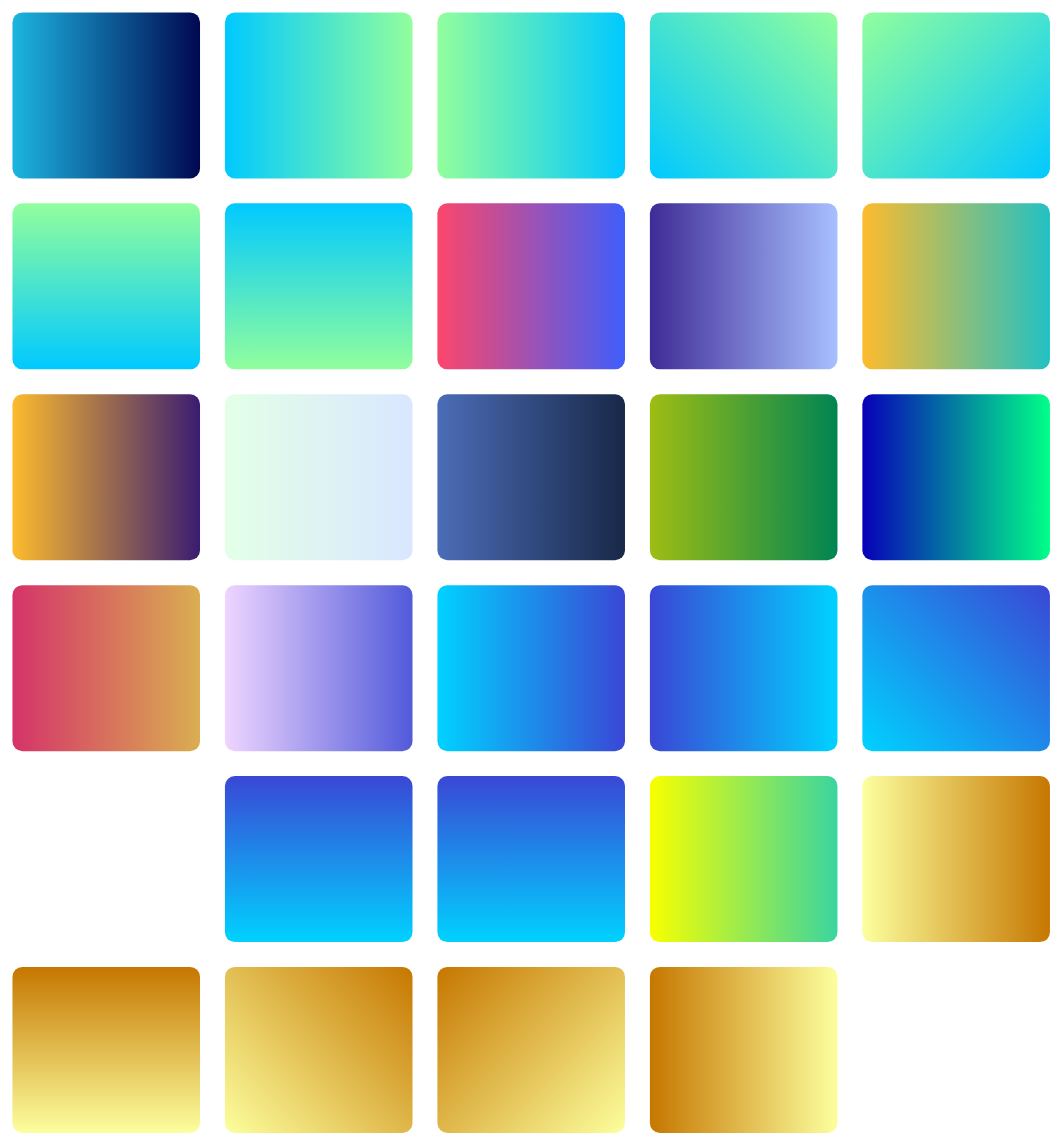
Repository: LBprox3010/gradient
Page: index.html
The author's editor kept a copy of each file at every save. The page is drawn from the files as they stood at one save, then again after the next save.
The browser window is 1280 px wide. The pictures show the whole page, at 83% of full size.

Above is the page before, as saved 2022-02-24 08:47:42.

### index.html
<!DOCTYPE html>
<html lang="en">
  <head>
    <meta charset="UTF-8" />
    <meta http-equiv="X-UA-Compatible" content="IE=edge" />
    <meta name="viewport" content="width=device-width, initial-scale=1.0" />
    <title>Get gradient by LB/ Charles</title>
    <link rel="stylesheet" href="style.css" />
  </head>
  <body>
    <div class="root getGradient"></div>

    <script src="./app.js"></script>
  </body>
</html>

### style.css
@import url("https://fonts.googleapis.com/css2?family=Poppins:wght@100;200;300;400;500;600;700;800;900&display=swap");
*,
*::before,
*::after {
  box-sizing: border-box;
}
* {
  margin: 0;
}

html,
body {
  height: 100%;
  font-family: "Poppins", sans-serif;
}
body {
  line-height: 1.5;
  -webkit-font-smoothing: antialiased;
  -webkit-tap-highlight-color: rgba(0, 0, 0, 0);
}

img,
picture,
video,
canvas,
svg {
  display: block;
  max-width: 100%;
}
input,
button,
textarea,
select {
  font: inherit;
  outline: none;
  border: none;
}
p,
h1,
h2,
h3,
h4,
h5,
h6 {
  overflow-wrap: break-word;
}

body {
  position: relative;
}

.getGradient {
  padding: 15px;
  display: grid;
  grid-template-columns: repeat(auto-fit, minmax(200px, 1fr));
  gap: 30px;
}

span {
  display: block;
  height: 200px;
  border-radius: 12px;
  overflow: hidden;
  cursor: pointer;
  font-size: 18px;
  font-weight: 600;
}

@keyframes onClick {
  0% {
    opacity: 0;
    visibility: hidden;
  }
  50% {
    opacity: 1;
    visibility: visible;
  }
  100% {
    opacity: 0;
    visibility: hidden;
  }
}

.overlay {
  position: fixed;
  inset: 0;
  animation-name: onClick;
  animation-duration: 1.25s;
  display: flex;
  align-items: center;
  z-index: 100;
}

.overlay span {
  background: white;
  padding: 86px 0;
  width: 100%;
  border-radius: 0;
  font-size: 48px;
  font-weight: 700;
  display: flex;
  justify-content: center;
  align-items: center;
}

body {
  position: relative;
}

### app.js
const $ = document.querySelector.bind(document);
const $$ = document.querySelectorAll.bind(document);
const root = $(".root");

const list = [
  "linear-gradient(90deg, #1CB5E0 0%, #000851 100%)",
  "linear-gradient(90deg, #00C9FF 0%, #92FE9D 100%)",
  "linear-gradient(-90deg, #00C9FF 0%, #92FE9D 100%)",
  "linear-gradient(45deg, #00C9FF 0%, #92FE9D 100%)",
  "linear-gradient(-45deg, #00C9FF 0%, #92FE9D 100%)",
  "linear-gradient(0deg, #00C9FF 0%, #92FE9D 100%)",
  "linear-gradient(180deg, #00C9FF 0%, #92FE9D 100%)",
  "linear-gradient(90deg, #FC466B 0%, #3F5EFB 100%)",
  "linear-gradient(90deg, #3F2B96 0%, #A8C0FF 100%)",
  "linear-gradient(90deg, #FDBB2D 0%, #22C1C3 100%)",
  "linear-gradient(90deg, #FDBB2D 0%, #3A1C71 100%)",
  "linear-gradient(90deg, #e3ffe7 0%, #d9e7ff 100%)",
  "linear-gradient(90deg, #4b6cb7 0%, #182848 100%)",
  "linear-gradient(90deg, #9ebd13 0%, #008552 100%)",
  "linear-gradient(90deg, #0700b8 0%, #00ff88 100%)",
  "linear-gradient(90deg, #d53369 0%, #daae51 100%)",
  "linear-gradient(90deg, #efd5ff 0%, #515ada 100%)",
  "linear-gradient(90deg, #00d2ff 0%, #3a47d5 100%)",
  "linear-gradient(-90deg, #00d2ff 0%, #3a47d5 100%)",
  "linear-gradient(45deg, #00d2ff 0%, #3a47d5 100%)",
  "linear-gradient-450deg, #00d2ff 0%, #3a47d5 100%)",
  "linear-gradient(0deg, #00d2ff 0%, #3a47d5 100%)",
  "linear-gradient(1800deg, #00d2ff 0%, #3a47d5 100%)",
  "linear-gradient(90deg, #f8ff00 0%, #3ad59f 100%)",
  "linear-gradient(90deg, #fcff9e 0%, #c67700 100%)",
  "linear-gradient(0, #fcff9e 0%, #c67700 100%)",
  "linear-gradient(45deg, #fcff9e 0%, #c67700 100%)",
  "linear-gradient(-45deg, #fcff9e 0%, #c67700 100%)",
  "linear-gradient(-90deg, #fcff9e 0%, #c67700 100%)",
];

list.forEach((i) => {
  const span = document.createElement("span");
  span.style.background = i;
  span.className = "itemColor";
  span.setAttribute("data-color", i);
  root.appendChild(span);
});

if ($$(".itemColor")) {
  $$(".itemColor").forEach((item) => {
    item.addEventListener("click", function (e) {
      const over = document.createElement("div");
      const bkg = e.target.dataset.color;
      const textCopy = `background-color: ${bkg};`;
      const span = document.createElement("span");
      span.textContent = "Copied";
      over.appendChild(span);
      over.className = "overlay";
      over.style.background = bkg;
      document.body.appendChild(over);
      setTimeout(() => {
        over.parentNode.removeChild(over);
      }, 1200);
      //copy to clipboard
      const input = document.createElement("input");
      input.value = textCopy;
      input.select();
      navigator.clipboard.writeText(input.value);
    });
  });
}

After the next save:
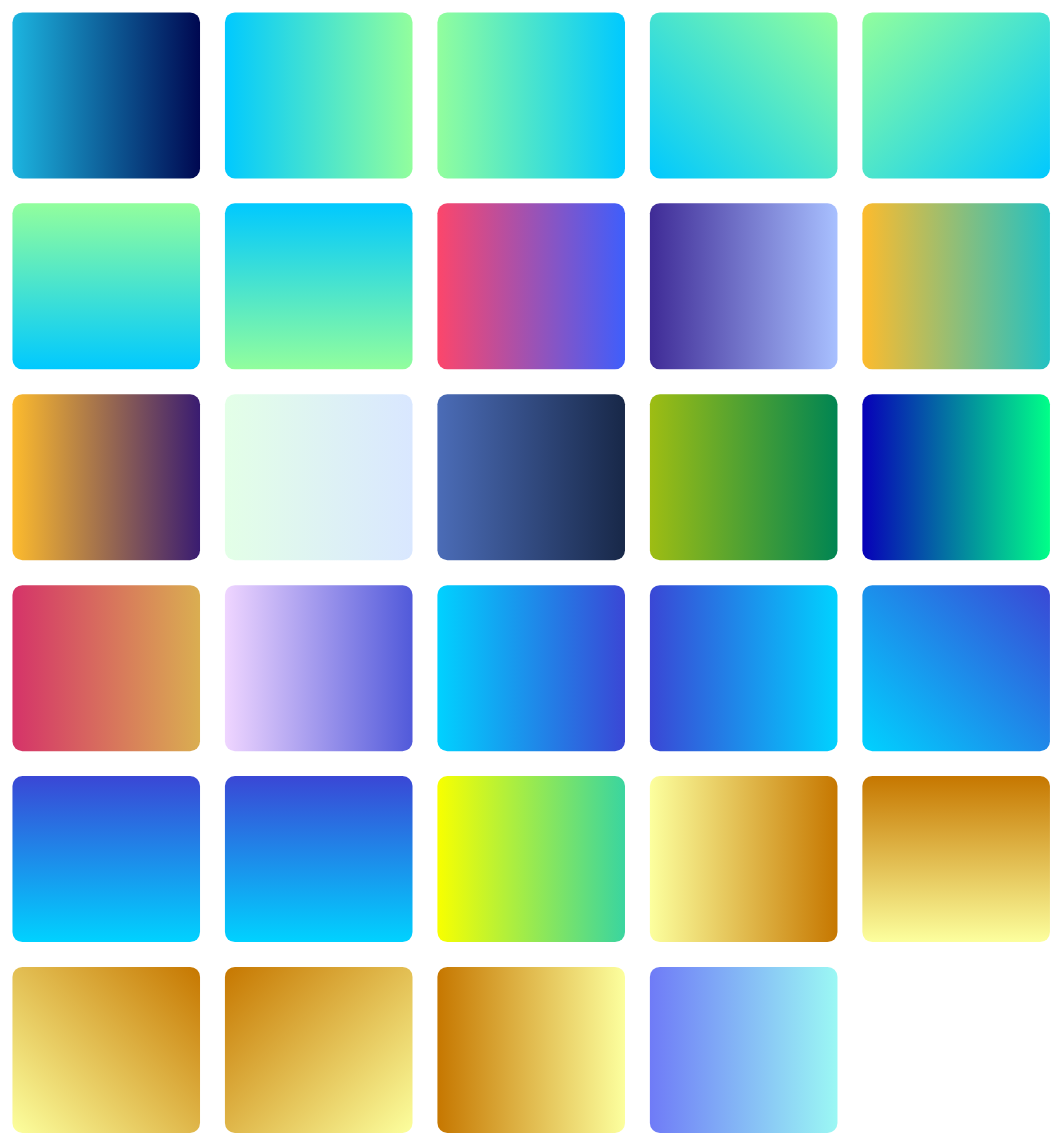
Saved 3 h 16 min later.
--- a/app.js
+++ b/app.js
@@ -23,7 +23,6 @@
   "linear-gradient(90deg, #00d2ff 0%, #3a47d5 100%)",
   "linear-gradient(-90deg, #00d2ff 0%, #3a47d5 100%)",
   "linear-gradient(45deg, #00d2ff 0%, #3a47d5 100%)",
-  "linear-gradient-450deg, #00d2ff 0%, #3a47d5 100%)",
   "linear-gradient(0deg, #00d2ff 0%, #3a47d5 100%)",
   "linear-gradient(1800deg, #00d2ff 0%, #3a47d5 100%)",
   "linear-gradient(90deg, #f8ff00 0%, #3ad59f 100%)",
@@ -32,6 +31,7 @@
   "linear-gradient(45deg, #fcff9e 0%, #c67700 100%)",
   "linear-gradient(-45deg, #fcff9e 0%, #c67700 100%)",
   "linear-gradient(-90deg, #fcff9e 0%, #c67700 100%)",
+  "linear-gradient(90deg, #6f7bf7, #9bf8f4)",
 ];
 
 list.forEach((i) => {
